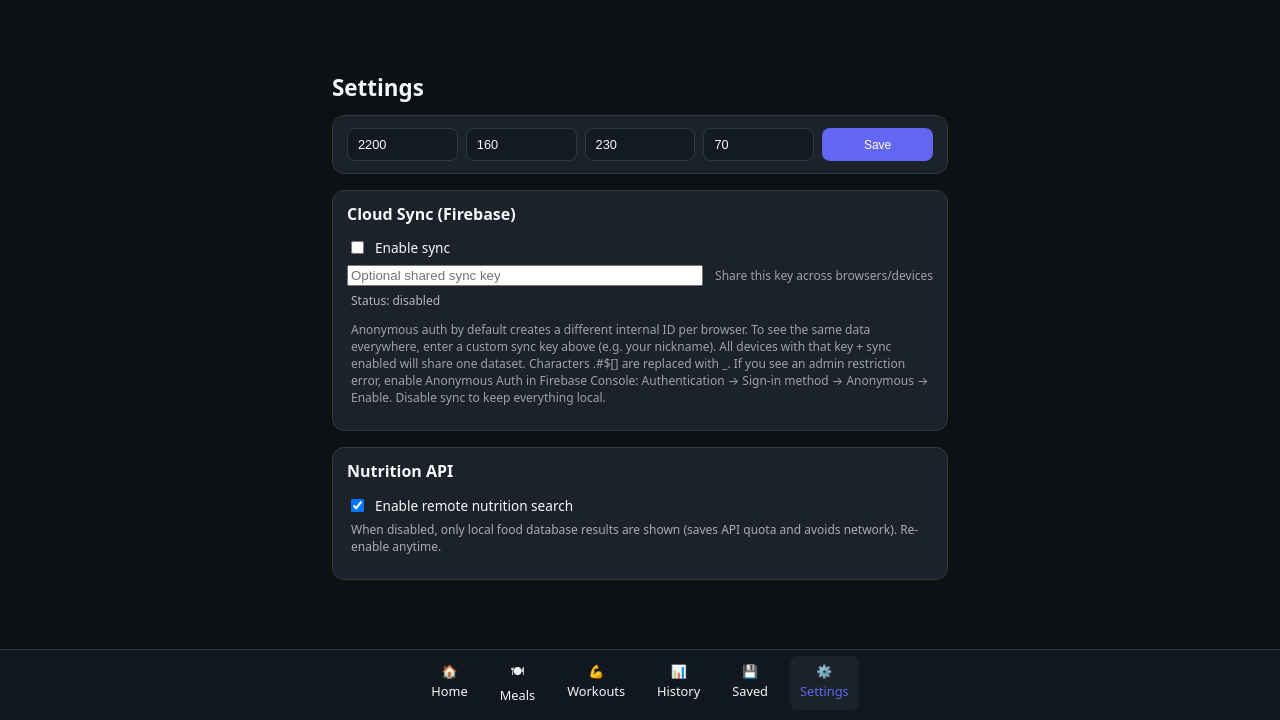
Repository: Ethxmnhz/minpline
Page: /settings
The author's editor kept a copy of each file at every save. The page is drawn from the files as they stood at one save, then again after the next save.
The browser window is 1280 px wide. The pictures show the whole page.
The page's requests for data from a server got no answer. The project was rebuilt for these pictures with package versions that can differ from the ones it lists, and the page was loaded fresh each time. No one was signed in, and anything a server would have sent is missing. Also part of the build but not shown: vite.config.ts, src/ui/ProgressBar.tsx, src/data/foods-indian.ts, src/services/nutritionApi.ts, src/ui/QuickFoodAdd.tsx, src/pages/Dashboard.tsx, src/pages/Meals.tsx, src/pages/Workouts.tsx and 2 more.

Above is the page before, as saved 2025-09-14 23:11:31.

After the next save:
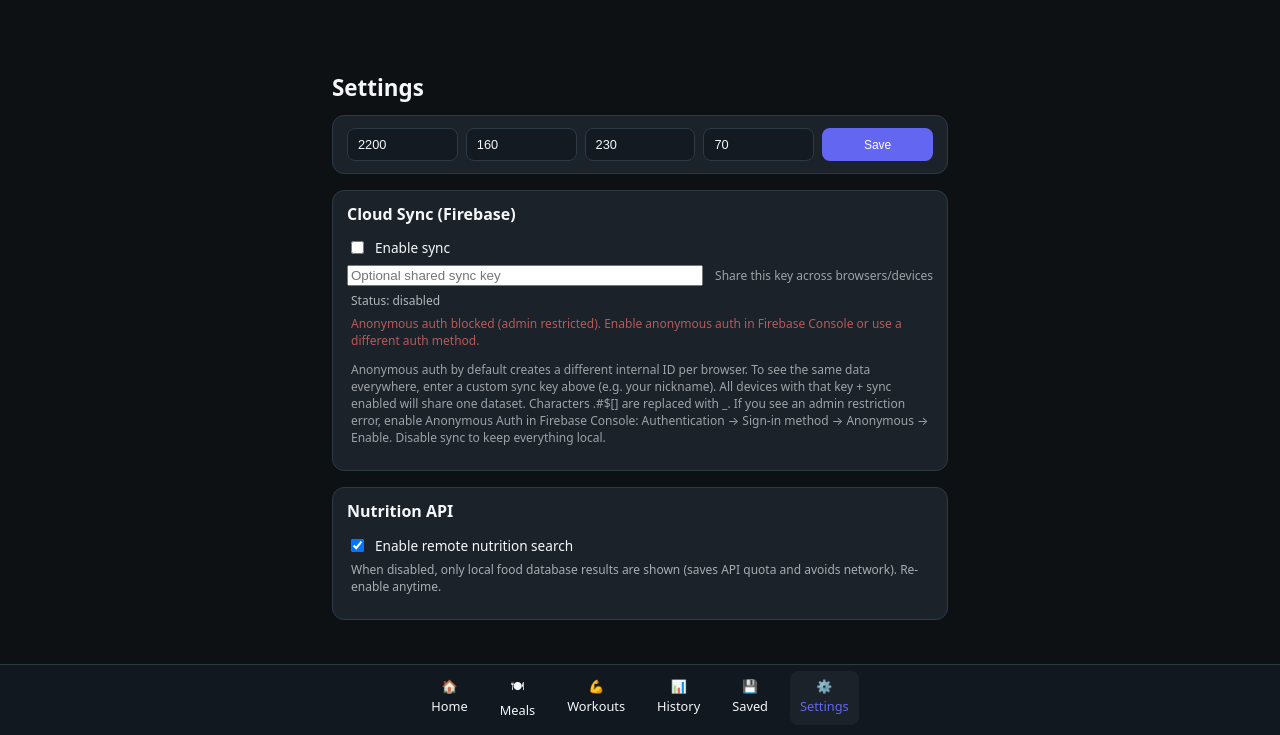
Saved 96 s later.
--- a/src/state/store.ts
+++ b/src/state/store.ts
@@ -64,8 +64,8 @@ export const useStore = create<TrackerState>()(persist((set, get) => ({
   mealTemplates: [],
   workoutSets: {},
   nutritionApiEnabled: true,
-  cloudEnabled: false,
-  cloudStatus: 'disabled',
+  cloudEnabled: true,
+  cloudStatus: 'idle',
   lastSync: null,
   cloudError: null,
   syncKey: null,
@@ -130,7 +130,7 @@ export const useStore = create<TrackerState>()(persist((set, get) => ({
       set({ workoutSets });
     }
     return {
-      version: 4,
+  version: 5,
       goals: s.goals,
       meals: s.meals,
       workouts: s.workouts,
@@ -161,7 +161,7 @@ export const useStore = create<TrackerState>()(persist((set, get) => ({
     }));
   }
 }), { name: 'tracker-store-v1',
-  version: 4,
+  version: 5,
   migrate: (persisted: any) => {
     if (persisted && persisted.today && typeof persisted.today === 'string') {
       try { persisted.today = new Date(persisted.today); } catch {}
@@ -179,9 +179,10 @@ export const useStore = create<TrackerState>()(persist((set, get) => ({
     if (typeof persisted.nutritionApiEnabled !== 'boolean') {
       persisted.nutritionApiEnabled = true;
     }
-    if (!('syncKey' in persisted)) {
-      persisted.syncKey = null;
-    }
+    if (!('syncKey' in persisted)) persisted.syncKey = null;
+    // Force enable cloud sync globally from v5 onward
+    persisted.cloudEnabled = true;
+    persisted.cloudStatus = 'idle';
     return persisted;
   }
 }));
